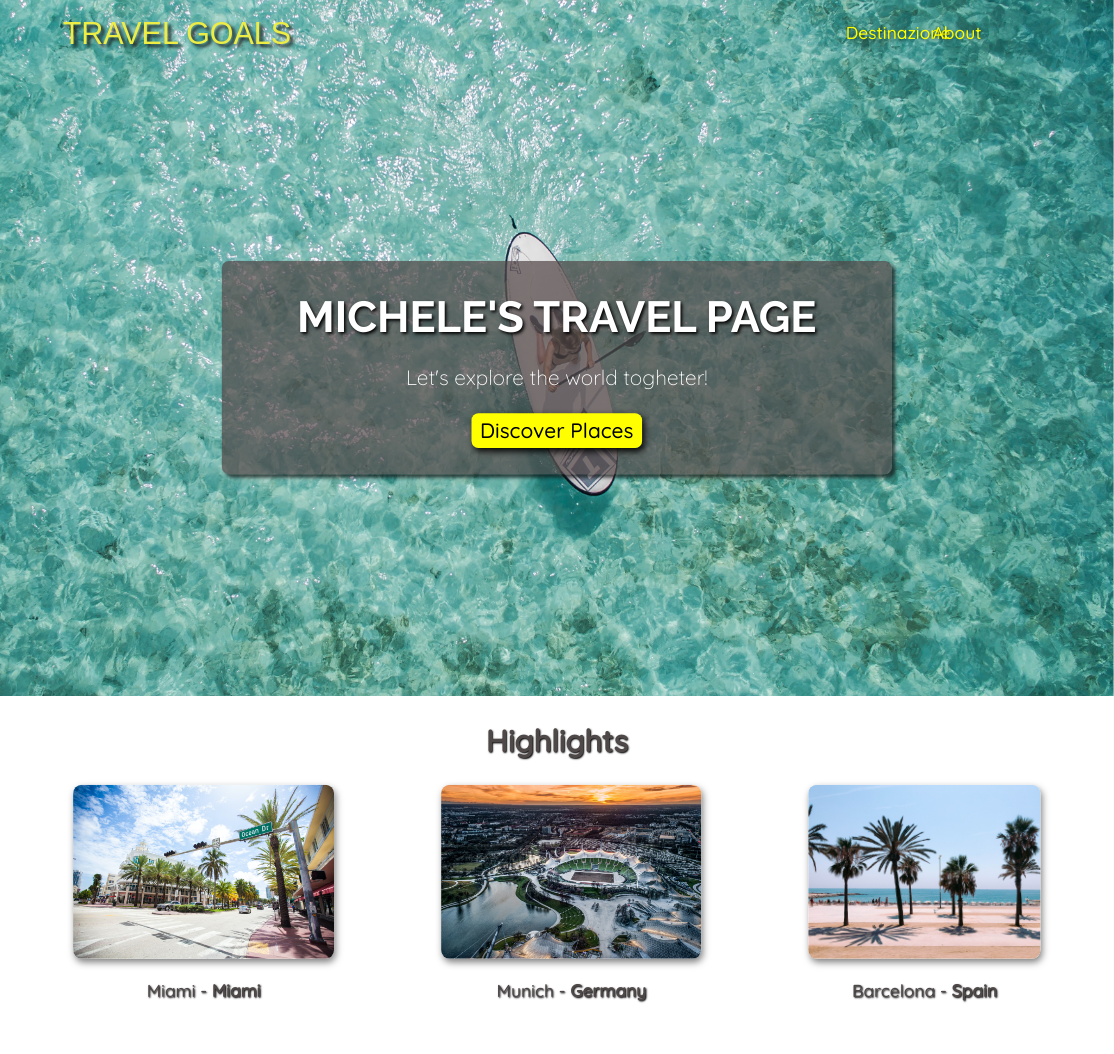
Repository: MicTomm/Travel-Goals
Page: index.html
The author's editor kept a copy of each file at every save. The page is drawn from the files as they stood at one save, then again after the next save.
The browser window is 1280 px wide. The pictures show the whole page, at 87% of full size.
Some web fonts or font styles are not loaded; a fallback is used.

Above is the page before, as saved 2023-06-05 16:35:48.

After the next save:
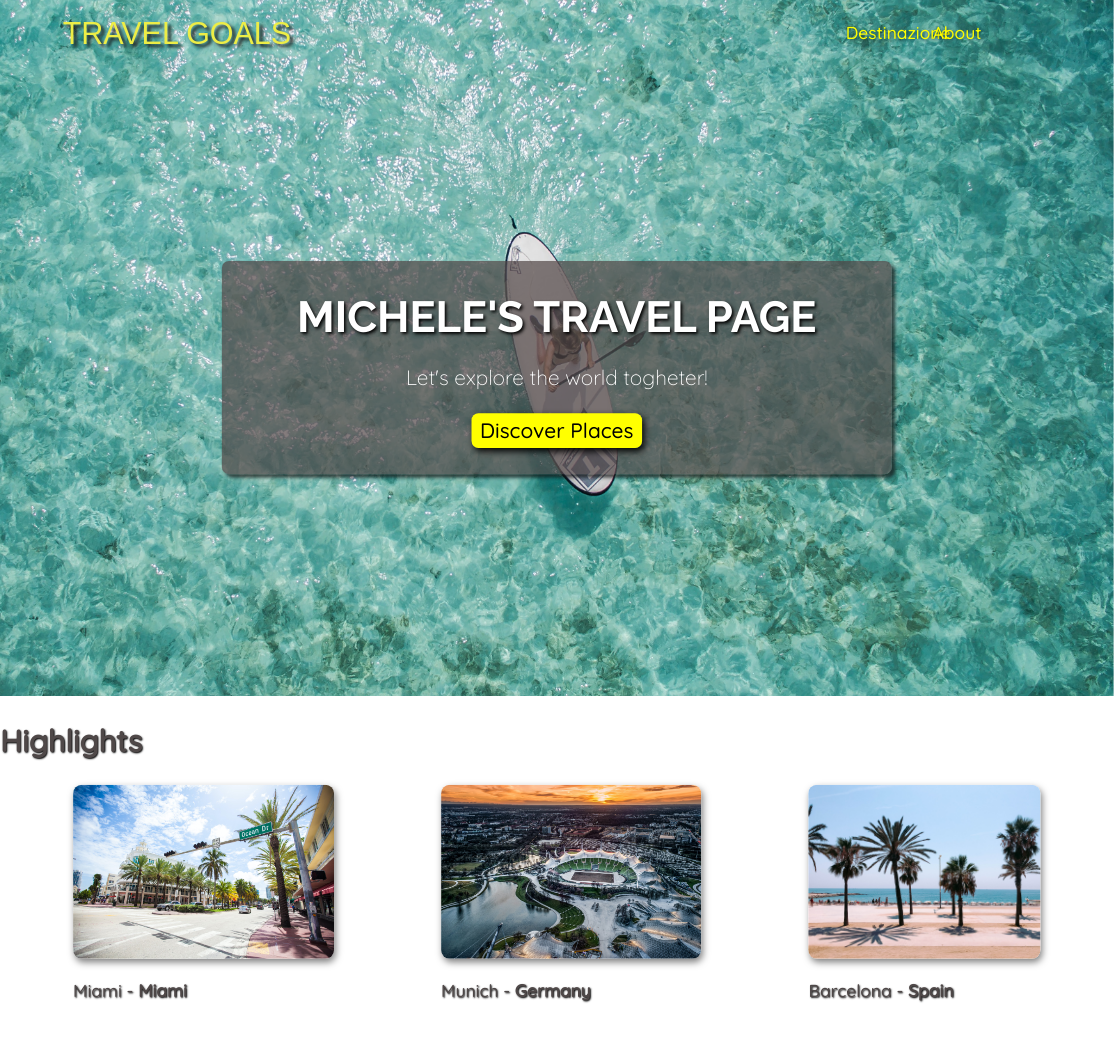
Saved 5 min 12 s later.
--- a/styles/main-page-style.css
+++ b/styles/main-page-style.css
@@ -92,10 +92,6 @@
     text-shadow: 1px 1px 2px rgba(0, 0, 0, 0.5);
 }
 
-#highlights{
-    text-align: center;
-}
-
 #highlights ul{
     display: flex;
     width: 90%;

After the save that followed:
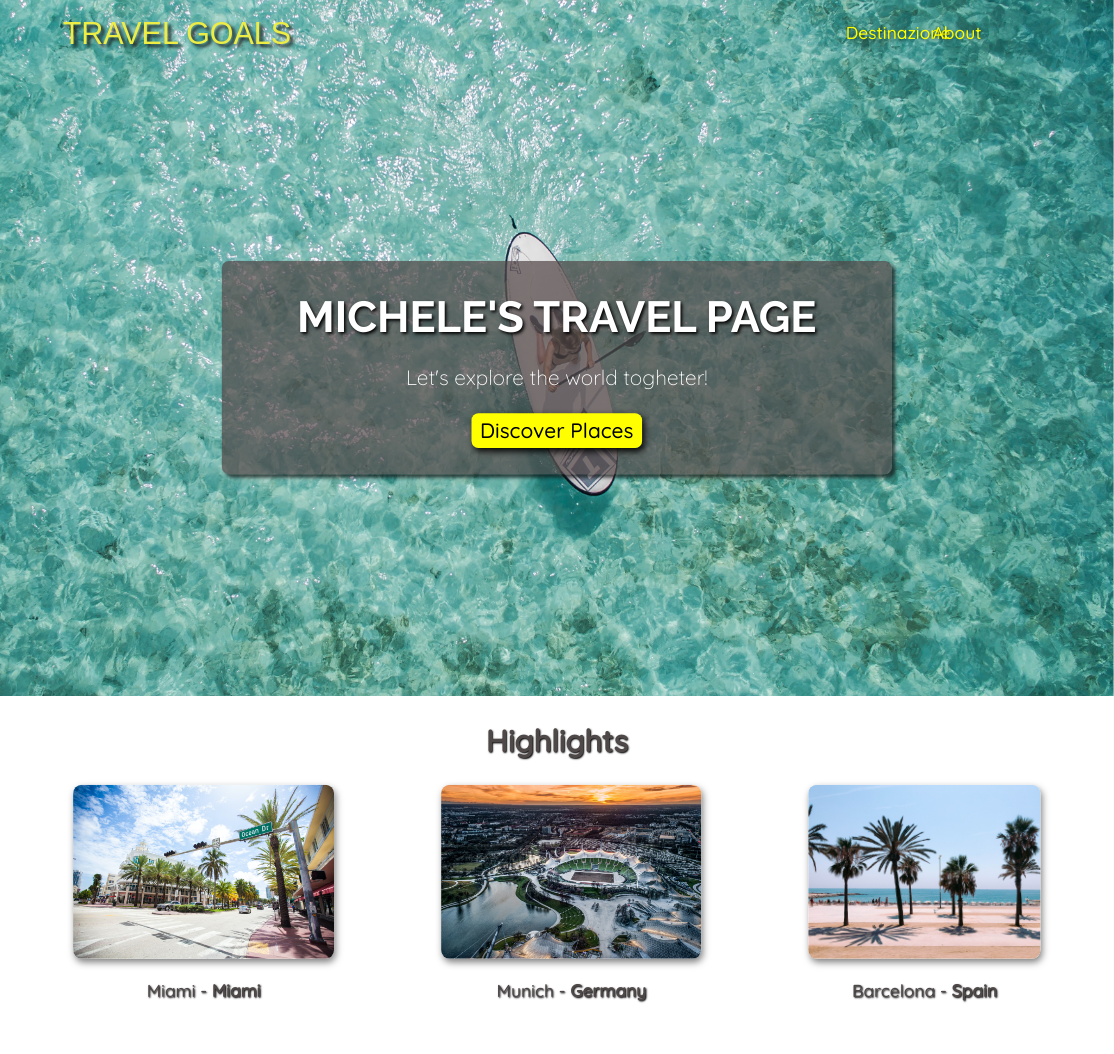
Saved 3 min 19 s later.
--- a/styles/main-page-style.css
+++ b/styles/main-page-style.css
@@ -92,6 +92,10 @@
     text-shadow: 1px 1px 2px rgba(0, 0, 0, 0.5);
 }
 
+#highlights{
+    text-align: center;
+}
+
 #highlights ul{
     display: flex;
     width: 90%;
